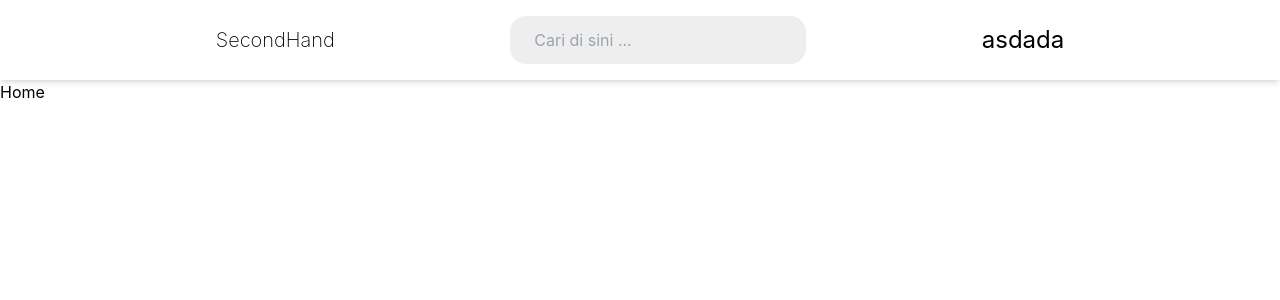
Repository: farrelmuhammad/real-estate-react
Page: /
An editor plug-in stored every save of this project. The page is shown before and after the next save, followed by the edit.
The browser window is 1280 px wide. The pictures show the whole page.
The project was rebuilt for these pictures with package versions that can differ from the ones it lists, and the page was loaded fresh each time. Also part of the build but not shown: src/App.css.

Above is the page before, as saved 2023-02-06 18:35:01.

After the next save:
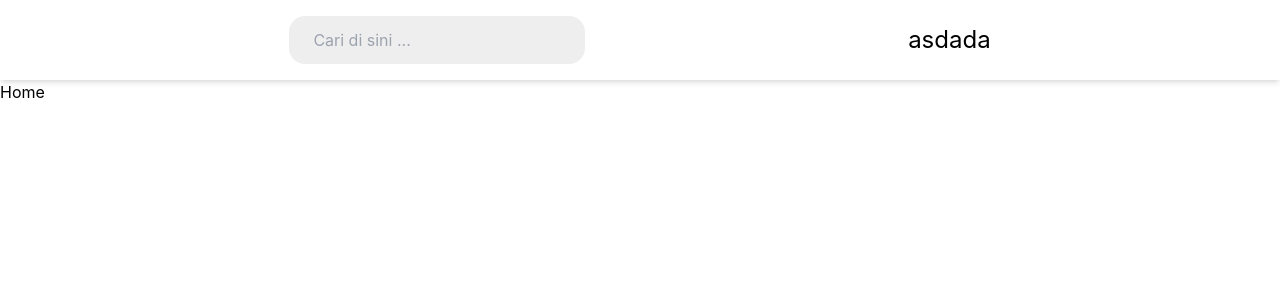
Saved 10 s later.
--- a/src/components/Navbar.jsx
+++ b/src/components/Navbar.jsx
@@ -7,7 +7,7 @@ const Navbar = () => {
                 className="sticky top-0 w-full flex flex-wrap items-center justify-between py-4 bg-white text-black shadow-none lg:shadow-md navbar navbar-expand-lg navbar-light px-5 z-40"
             >
                 <div className="container-fluid w-full flex flex-wrap items-center justify-between lg:justify-around lg:max-w-screen-lg lg:mx-auto">
-                    <div className="bg-purple-5 py-2 text-xl text-black font-extralight">SecondHand</div>
+                    {/* <div className="bg-purple-5 px-3 py-2 text-xl text-black font-extralight">SecondHand</div> */}
                     <div className="hidden lg:flex gap-5 items-center lg:flex-grow-0">
                         <div className="h-12 bg-white rounded-2xl py-3 px-6 text-neutral-3 flex lg:bg-[#EEEEEE]">
                             <input
